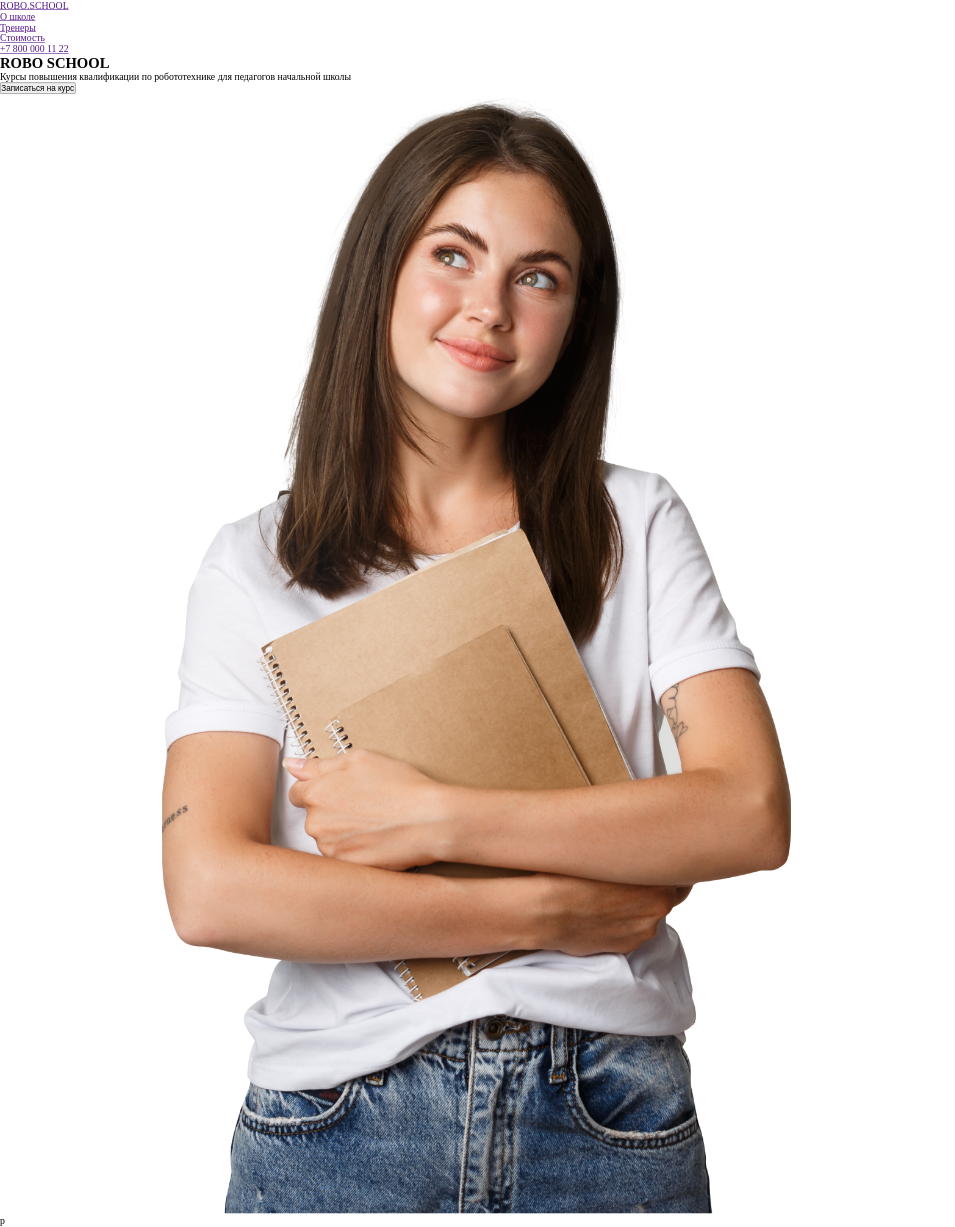
Repository: Shaiyr1/robo
Page: index.html
These files come from the project's save history. The page is drawn as it stood at one moment and after a run of saves; the edit follows.
The browser window is 1280 px wide. The page is 1566 px wide, so the pictures cover 1566 px, including what lies to the right of the window. The pictures show the whole page, at 61% of full size.

Above is the page before, as saved 2026-11-02 16:28:33.

### index.html
<!DOCTYPE html>
<html lang="en">
<head>
    <meta charset="UTF-8">
    <meta http-equiv="X-UA-Compatible" content="IE=edge">
    <meta name="viewport" content="width=device-width, initial-scale=1.0">
    <link rel="stylesheet" href="./src/css/style.css">
    <title>Document</title>
</head>
<body>
    <header class="header">
        <nav class="header-nav">
            <a class="header-nav__link" href="">
                ROBO.SCHOOL
            </a>
            <ul class="header-nav__ul">
                <li class="header-nav__li">
                    <a class="header-nav__li-link" href="">О школе</a>
                </li>
                <li class="header-nav__li">
                    <a class="header-nav__li-link" href="">Тренеры</a>
                </li>
                <li class="header-nav__li">
                    <a class="header-nav__li-link" href="">Стоимость</a>
                </li>
            </ul>
            <a class="header-nav__number" href="">+7 800 000 11 22</a>
        </nav>
    </header>
    <main>
        <section class="home">
            <div class="container home_blocks">
                <div class="home-block">
                    <h1 class="home-block__title">ROBO SCHOOL</h1>
                    <p class="home-block__subtitle">Курсы повышения квалификации по робототехнике для педагогов начальной школы</p>
                    <button class="home-block__btn">Записаться на курс</button>
                </div>
                <img class="home__img" src="./src/img/Group 211 (5).png" alt="homeImage">
            </div>
        </section>
        <section class="about">
            <div class="container">
                p
            </div>
        </section>
    </main>
</body>
</html>

### src/css/style.css
* {
    margin: 0;
    padding: 0;
    -webkit-box-sizing: border-box;
    box-sizing: border-box
}

After the next 3 saves:
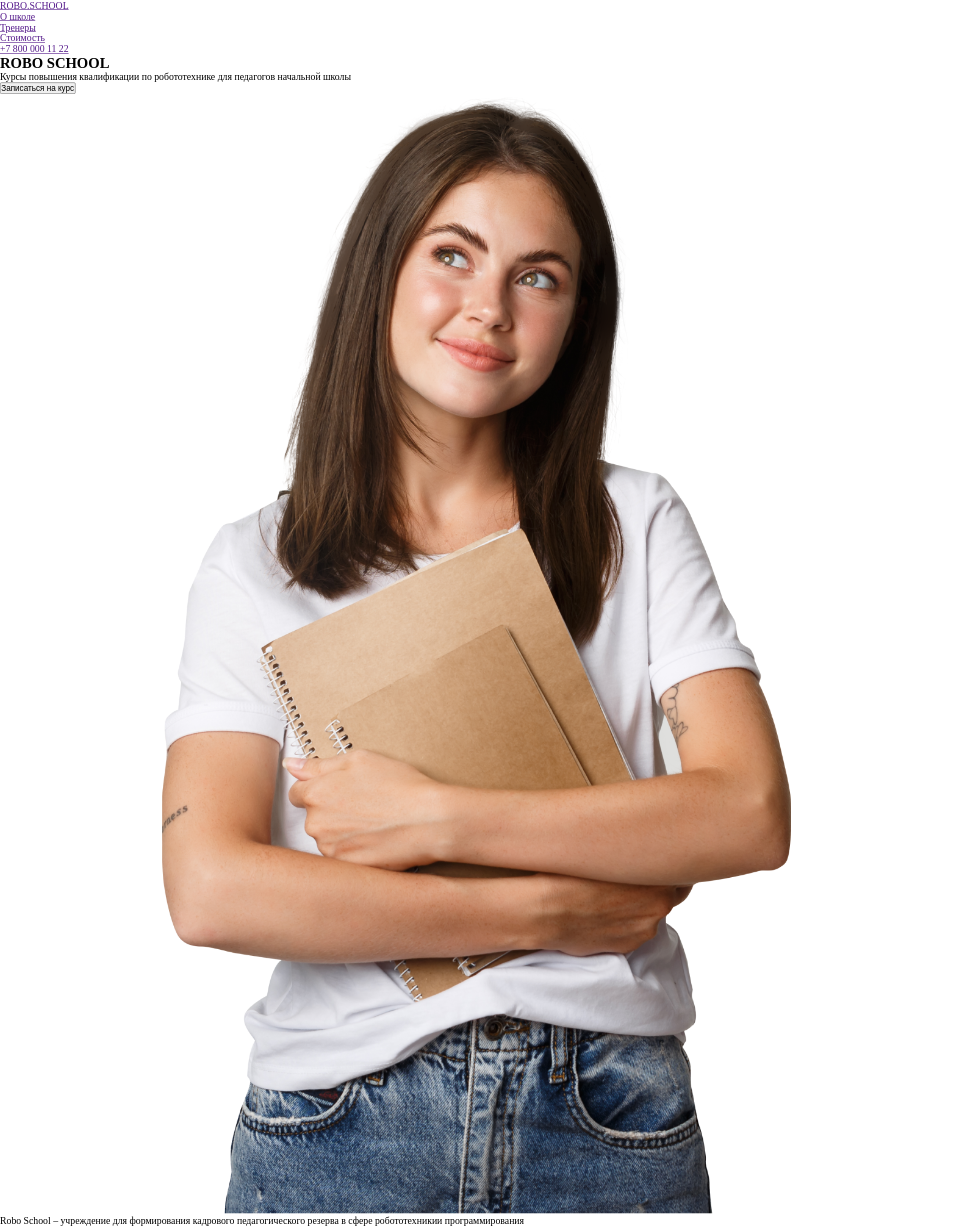
The 3 saves are shown as one change because they came seconds apart.
The last was saved 8 s later.
--- a/index.html
+++ b/index.html
@@ -40,7 +40,7 @@
         </section>
         <section class="about">
             <div class="container">
-                p
+                <p>Robo School – учреждение для формирования кадрового педагогического резерва в сфере робототехникии программирования</p>
             </div>
         </section>
     </main>
